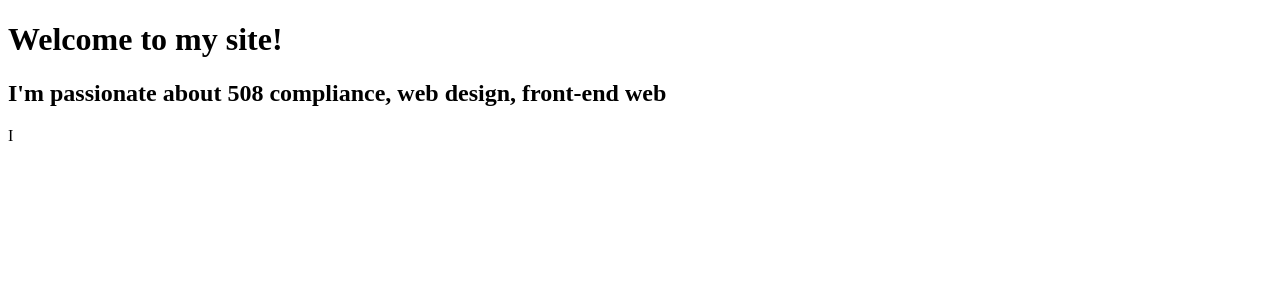
Repository: jasvr/jasvr.io
Page: index.html
The author's editor kept a copy of each file at every save. The page is drawn from the files as they stood at one save, then again after a run of saves.
The browser window is 1280 px wide. The pictures show the whole page.

Above is the page before, as saved 2020-01-09 02:20:46.

After the next 3 saves:
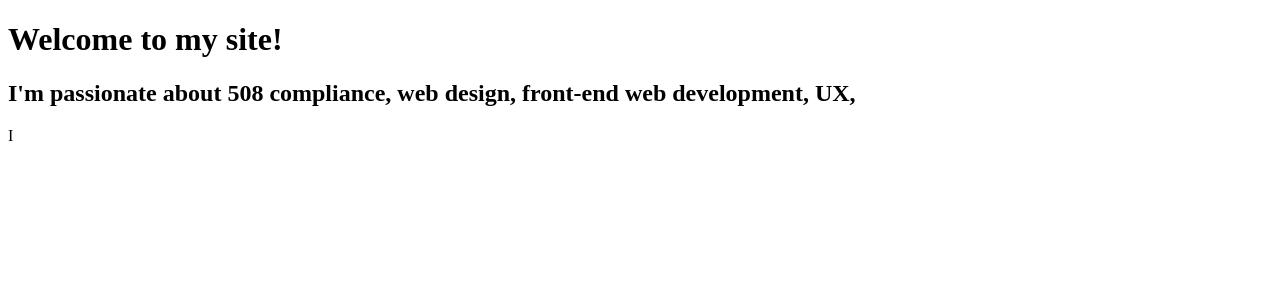
The 3 saves are shown as one change because they came seconds apart.
The last was saved 11 s later.
--- a/index.html
+++ b/index.html
@@ -8,6 +8,6 @@
 </head>
 <body>
     <h1>Welcome to my site!</h1>
-    <h2>I'm passionate about 508 compliance, web design, front-end web</h2>I
+    <h2>I'm passionate about 508 compliance, web design, front-end web development, UX, </h2>I
 </body>
 </html>
